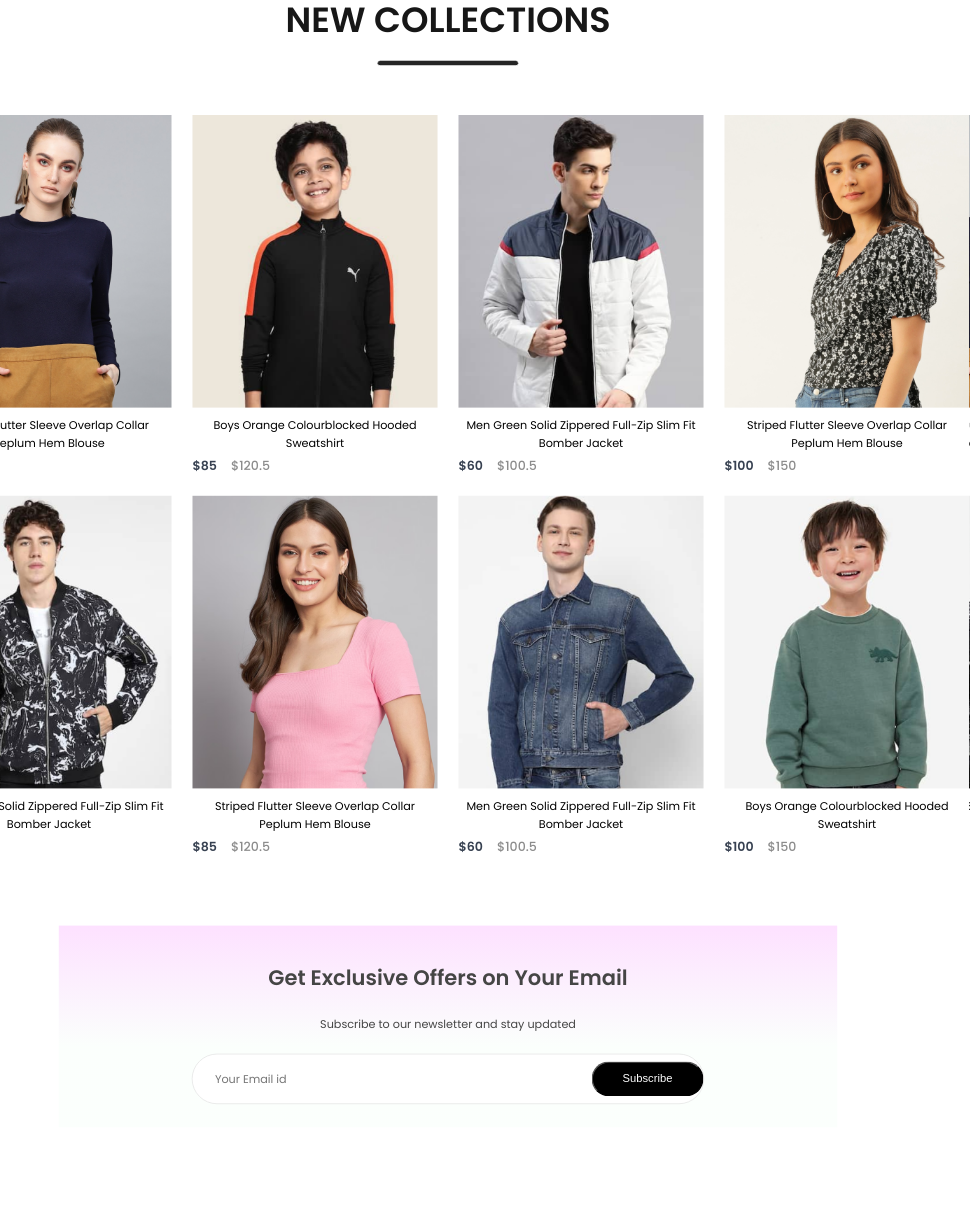
Repository: saritha55/EcommerceReactJs
Page: /
The author's editor kept a copy of each file at every save. The page is drawn from the files as they stood at one save, then again after the next save.
The browser window is 1280 px wide. The page is 1385 px wide, so the pictures cover 1385 px, including what lies to the right of the window. The pictures show the part of the page from y = 2056 to 3816 px (the page is 3816 px tall), at 70% of full size.
The project was rebuilt for these pictures with package versions that can differ from the ones it lists, and the page was loaded fresh each time. Also part of the build but not shown: src/Pages/ShopCategory.jsx, src/Pages/Product.jsx, src/Pages/Cart.jsx, src/Pages/LoginSignup.jsx.

Above is the page before, as saved 2024-12-02 17:35:17.

### public/index.html
<!DOCTYPE html>
<html lang="en">
  <head>
    <meta charset="utf-8" />
    <link rel="icon" href="%PUBLIC_URL%/favicon.ico" />
    <meta name="viewport" content="width=device-width, initial-scale=1" />
    <meta name="theme-color" content="#000000" />
    <meta
      name="description"
      content="Web site created using create-react-app"
    />
    <link rel="apple-touch-icon" href="%PUBLIC_URL%/logo192.png" />
    <!--
      manifest.json provides metadata used when your web app is installed on a
      user's mobile device or desktop. See https://developers.google.com/web/fundamentals/web-app-manifest/
    -->
    <link rel="manifest" href="%PUBLIC_URL%/manifest.json" />

    <link rel="preconnect" href="https://fonts.googleapis.com">
    <link rel="preconnect" href="https://fonts.gstatic.com" crossorigin>
    <link href="https://fonts.googleapis.com/css2?family=Poppins:ital,wght@0,100;0,200;0,300;0,400;0,500;0,600;0,700;0,800;0,900;1,100;1,200;1,300;1,400;1,500;1,600;1,700;1,800;1,900&display=swap" rel="stylesheet">
    <!--
      Notice the use of %PUBLIC_URL% in the tags above.
      It will be replaced with the URL of the `public` folder during the build.
      Only files inside the `public` folder can be referenced from the HTML.

      Unlike "/favicon.ico" or "favicon.ico", "%PUBLIC_URL%/favicon.ico" will
      work correctly both with client-side routing and a non-root public URL.
      Learn how to configure a non-root public URL by running `npm run build`.
    -->
    <title>E-commerce</title>
  </head>
  <body>
    <noscript>You need to enable JavaScript to run this app.</noscript>
    <div id="root"></div>
    <!--
      This HTML file is a template.
      If you open it directly in the browser, you will see an empty page.

      You can add webfonts, meta tags, or analytics to this file.
      The build step will place the bundled scripts into the <body> tag.

      To begin the development, run `npm start` or `yarn start`.
      To create a production bundle, use `npm run build` or `yarn build`.
    -->
  </body>
</html>

### src/App.js
import './App.css';
import Navbar from './Components/Navbar/Navbar';
import { BrowserRouter, Routes,Route } from 'react-router-dom';
import Shop from './Pages/Shop';
import ShopCategory
 from './Pages/ShopCategory';
import Product from './Pages/Product';
import Cart from './Pages/Cart';
import LoginSignup from './Pages/LoginSignup';

function App() {
  return (
    <div className="App">
      <BrowserRouter>
      <Navbar />
      <Routes>
        <Route path ='/' element={<Shop/>} />
        <Route path ='/mens' element={<ShopCategory category="men"/>} />
        <Route path ='/womens' element={<ShopCategory category="women"/>} />
        <Route path ='/kids' element={<ShopCategory category="kid"/>} />
        <Route path="product" element={<Product/>}>
            <Route path=':productId' element={<Product/>} />
        </Route>
        <Route path ='/cart' element={<Cart/>} />
        <Route path ='/login' element={<LoginSignup/>} />

      </Routes>
      </BrowserRouter>
    </div>
  );
}

export default App;

### src/Components/Navbar/Navbar.jsx
import React from 'react'
import { useState } from 'react'
import './Navbar.css'
import logo from '../Assets/logo.png'
import cart_icon from '../Assets/cart_icon.png'
import { Link } from 'react-router-dom'

const Navbar = () => {

    const [menu,setMenu] = useState("shop");

  return (
    <div className='navbar'>
      <div className="nav-logo">
        <img src={logo} alt="" />
        <p>SHOPPER</p>
      </div>
      <ul className="nav-menu">
        <li onClick={()=>{setMenu("shop")}} > <Link  style={{ textDecoration: 'none'}} to='/'>Shop</Link> {menu==="shop"?<hr/>:<></>} </li>
        <li onClick={()=>{setMenu("mens")}}><Link style={{ textDecoration: 'none'}} to='/mens'>Men </Link>{menu==="mens"?<hr/>:<></>}</li>
        <li onClick={()=>{setMenu("womens")}}><Link style={{ textDecoration: 'none'}} to='/womens'>Women </Link> {menu==="womens"?<hr/>:<></>}</li>
        <li onClick={()=>{setMenu("kids")}}> <Link style={{ textDecoration: 'none'}} to='/kids'>Kids</Link> {menu==="kids"?<hr/>:<></>}</li>
      </ul>
      <div className="nav-login-cart">
        <Link to='/login'><button>Login</button></Link>
        <Link to='/cart'><img src={cart_icon} alt="" /></Link>
        <div className="nav-cart-count">0</div>
      </div>
    </div>
  )
}

export default Navbar

### src/Components/Navbar/Navbar.css
.navbar{
    display: flex;
    justify-content: space-around;
    padding: 16px;
    box-shadow: 0 1px 3px -2px black;
}

.nav-logo{
    display: flex;
    align-items: center;
    gap: 10px;
}
.nav-logo p{
    color: #171717;
    font-size: 38px;
    font-weight: 600;
}
.nav-menu{
    display: flex;
    align-items: center;
    list-style: none;
    gap: 50px;
    color: #626262;
    font-size: 20px;
    font-weight: 500;
}
.nav-menu li{
    display: flex;
    flex-direction: column;
    align-items: center;
    gap: 3px;
    cursor: pointer;
}
.nav-menu hr{
    border: none;
    width: 80%;
    height: 3px;
    border-radius: 10px;
    background: #ff4141;
}
.nav-login-cart{
    display: flex;
    align-items: center;
    gap: 45px;
}
.nav-login-cart button{
    width: 157px;
    height: 58px;
    outline: none;
    border: 1px solid #7a7a7a;
    border-radius: 75px;
    color: #515151;
    font-size: 20px;
    font-weight: 500;
    background: white;
    cursor: pointer;

}
.nav-login-cart button:active{
    background: #f3f3f3;
}
.nav-cart-count{
    width: 22px;
    height: 22px;
    display: flex;
    justify-content: center;
    align-items: center;
    margin-top: -35px;
    margin-left: -55px;
    border-radius: 11px;
    font-size: 14px;
    background: red;
    color: white;
}

### src/Components/Hero/Hero.jsx
import React from 'react'
import './Hero.css'
import hand_icon from '../Assets/hand_icon.png'
import arrow_icon from '../Assets/arrow.png'
import hero_image from '../Assets/hero_image.png'

const Hero = () => {
  return (
    <div className='hero'>
      <div className="hero-left">
        <h2>New ARRIVALS ONLY</h2>
        <div>
            <div className="hero-hand-icon">
                <p>new</p>
                <img src={hand_icon} alt="" />
            </div>
            <p>Collections</p>
            <p>for everyone</p>
        </div>
        <div className="hero-latest-btn">
            <div>Latest Collection</div>
            <img src={arrow_icon} alt="" />
        </div>
      </div>
      <div className="hero-right">
        <img src={hero_image} alt="" />

      </div>
    </div>
  )
}

export default Hero

### src/Components/Popular/Popular.jsx
import React from 'react'
import './Popular.css'
import data_product from '../Assets/data'
import Item from '../Item/Item'


const Popular = () => {
  return (
    <div className='popular'>
      <h1>POPULAR IN WOMEN</h1>
      <hr />
      <div className="popular-item">
        {data_product.map((item,i)=>{
            return <Item key={i} id={item.id} name={item.name} image={item.image} new_price={item.new_price} old_price={item.old_price} />
        })}
      </div>
    </div>
  )
}

export default Popular

### src/Components/Offers/Offers.jsx
import React from 'react'
import './Offers.css'
import exclusive_image from '../Assets/exclusive_image.png'

const Offers = () => {
  return (
    <div className='offers'>
      <div className="offers-left">
        <h1>Exclusive</h1>
        <h1>Offers For You</h1>
        <p>ONLY ON BEST SELLERS PRODUCTS</p>
        <button>Check Now</button>
      </div>
      <div className="offers-right">
            <img src={exclusive_image} alt="" />
      </div>
    </div>
  )
}

export default Offers

### src/Components/NewCollections/NewCollections.jsx
import React from 'react'
import './NewCollections.css'
import new_collection from '../Assets/new_collections'
import Item from '../Item/Item'

const NewCollections = () => {
  return (
    <div className='newcollections'>
      <h1>NEW COLLECTIONS</h1>
      <hr />
      <div className="collections">
      {new_collection.map((item,i)=>{
            return <Item key={i} id={item.id} name={item.name} image={item.image} new_price={item.new_price} old_price={item.old_price} />
        })}
      </div>
    </div>
  )
}

export default NewCollections

### src/Components/NewsLetter/NewsLetter.jsx
import React from 'react'
import './NewsLetter.css'

const NewsLetter = () => {
  return (
    <div className='newsletter'>
      <h1>Get Exclusive Offers on Your Email</h1>
      <p>Subscribe to our newsletter and stay updated</p>
      <div>
        <input type="email" placeholder='Your Email id' />
        <button>Subscribe</button>

      </div>
    </div>
  )
}

export default NewsLetter

### src/Components/Hero/Hero.css
.hero{
    height: 100vh;
    background: linear-gradient(180deg, #fde1ff, #e1ffea22 60%);
    display: flex;

}
.hero-left{
    flex: 1;
    display: flex;
    flex-direction: column;
    justify-content: center;
    gap: 20px;
    padding-left: 180px;
    line-height: 1.1;

}
.hero-left h2{
    color: #090909;
    font-size: 26px;
    font-weight: 600;
}
.hero-left p{
    color: #171717;
    font-size: 45px;
    font-weight: 700;
}
.hero-hand-icon{
   display: flex;
   align-items: center;
   gap: 20px;
}
.hero-hand-icon img{
    width: 105px;
}
.hero-latest-btn{
    display: flex;
    justify-content: center;
    align-items: center;
    gap: 15px;
    width: 310px;
    height: 70px;
    border-radius: 75px;
    margin-top: 30px;
    background: #ff4141;
    color: white;
    font-size: 22px;
    font-weight: 500;

}
.hero-right{
    flex: 1;
    display: flex;
    align-items: center;
    justify-content: center;
}
.hero-right img{
    width: 80%;

}

### src/Components/Popular/Popular.css
.popular{
    display: flex;
    flex-direction: column;
    align-items: center;
    gap: 10px;
    height: 90vh;
}

.popular h1{
    color: #171717;
    font-size: 50px;
    font-weight: 600;
}
.popular hr{
    width: 200px;
    height: 6px;
    border-radius: 10px;
    background: #252525;
}

.popular-item{
    margin-top: 50px;
    display: flex;
    gap: 30px;
}

### src/Components/Assets/data.js
import p1_img from './product_1.png'
import p2_img from './product_2.png'
import p3_img from './product_3.png'
import p4_img from './product_4.png'

let data_product = [
  {
    id:1,
    name:"Striped Flutter Sleeve Overlap Collar Peplum Hem Blouse",
    image:p1_img,
    new_price:50.00,
    old_price:80.50,
  },
  {id:2,
    name:"Striped Flutter Sleeve Overlap Collar Peplum Hem Blouse",
    image:p2_img,
    new_price:85.00,
    old_price:120.50,
  },
  {id:3,
    name:"Striped Flutter Sleeve Overlap Collar Peplum Hem Blouse",
    image:p3_img,
    new_price:60.00,
    old_price:100.50,
  },
  {id:4,
    name:"Striped Flutter Sleeve Overlap Collar Peplum Hem Blouse",
    image:p4_img,
    new_price:100.00,
    old_price:150.00,
  },
];

export default data_product;

### src/Components/Item/Item.jsx
import React from 'react'
import './Item.css'

const Item = (props) => {
  return (
    <div className='item'>
        <img src={props.image} alt="" />
        <p>{props.name}</p>
        <div className="item-prices">
            <div className="item-price-new">
                ${props.new_price}
            </div>
            <div className="item-price-old">
                ${props.old_price}
            </div>

        </div>

    </div>
  )
}

export default Item

### src/Components/Offers/Offers.css
.offers{
    width: 65%;
    height: 60vh;
    display: flex;
    margin: auto;
    padding: 0px 140px;
    margin-bottom: 150px;
    background: linear-gradient(180deg, #fde1ff 0%,#e1ffea22 60%);

}
.offers-left{
    flex: 1;
    display: flex;
    flex-direction: column;
    justify-content: center;
}
.offers-left h1{
    color: #171717;
    font-size: 80px;
    font-weight: 600;
}
.offers-left p{
    color: #171717;
    font-size: 22px;
    font-weight: 600;
}
.offers-left button{
    width: 282px;
    height: 70px;
    border-radius: 35px;
    background: #ff4141;
    border: none;
    color: white;
    font-size: 22px;
    font-weight: 500;
    margin-top: 30px;
    cursor: pointer;

}
.offers-right{
    flex: 1;
    display: flex;
    align-items: center;
    justify-content: flex-end;
    padding-top: 50px;
}

### src/Components/NewCollections/NewCollections.css
.newcollections{
    display: flex;
    flex-direction: column;
    align-items: center;
    gap: 20px;
    margin-bottom: 100px;
}

.newcollections h1{
    color: #171717;
    font-size: 50px;
    font-weight: 600;
}
.newcollections hr{
    width: 200px;
    height: 6px;
    border-radius: 10px;
    background: #252525;
}

.collections{
    display: grid;
    grid-template-columns: 1fr 1fr 1fr 1fr;
    margin-top: 50px;
    gap: 30px;
}

### src/Components/Assets/new_collections.js
import p1_img from "./product_12.png";
import p2_img from "./product_35.png";
import p3_img from "./product_14.png";
import p4_img from "./product_8.png";
import p5_img from "./product_15.png";
import p6_img from "./product_2.png";
import p7_img from "./product_17.png";
import p8_img from "./product_28.png";

let new_collections = [
  {
    id: 12,
    name: "Striped Flutter Sleeve Overlap Collar Peplum Hem Blouse",
    image: p1_img,
    new_price: 50.0,
    old_price: 80.5,
  },
  {
    id: 35,
    name: "Boys Orange Colourblocked Hooded Sweatshirt",
    image: p2_img,
    new_price: 85.0,
    old_price: 120.5,
  },
  {
    id: 14,
    name: "Men Green Solid Zippered Full-Zip Slim Fit Bomber Jacket",
    image: p3_img,
    new_price: 60.0,
    old_price: 100.5,
  },
  {
    id: 8,
    name: "Striped Flutter Sleeve Overlap Collar Peplum Hem Blouse",
    image: p4_img,
    new_price: 100.0,
    old_price: 150.0,
  },
  {
    id: 15,
    name: "Men Green Solid Zippered Full-Zip Slim Fit Bomber Jacket",
    image: p5_img,
    new_price: 50.0,
    old_price: 80.5,
  },
  {
    id: 2,
    name: "Striped Flutter Sleeve Overlap Collar Peplum Hem Blouse",
    image: p6_img,
    new_price: 85.0,
    old_price: 120.5,
  },
  {
    id: 17,
    name: "Men Green Solid Zippered Full-Zip Slim Fit Bomber Jacket",
    image: p7_img,
    new_price: 60.0,
    old_price: 100.5,
  },
  {
    id: 28,
    name: "Boys Orange Colourblocked Hooded Sweatshirt",
    image: p8_img,
    new_price: 100.0,
    old_price: 150.0,
  },
];

export default new_collections;

### src/Components/NewsLetter/NewsLetter.css
.newsletter{
    width: 65%;
    height: 40vh;
    display: flex;
    flex-direction: column;
    align-items: center;
    justify-content: center;
    margin: auto;
    padding: 0px 140px;
    margin-bottom: 150px;
    background: linear-gradient(180deg, #fde1ff 0%,
    #e1ffea22 60%);
    gap: 30px;

}

.newsletter h1{
    color: #454545;
    font-size: 30px;
    font-weight: 600;
    margin-top: 20px;

}

.newsletter p{
    color: #454545;
    font-size: 16px;
}

.newsletter div{
    display: flex;
    align-items: center;
    justify-content: space-between;
    background: white;
    width: 730px;
    height: 70px;
    border-radius: 80px;
    border: 1px solid #e3e3e3;

}
.newsletter input{
    width: 500px;
    margin-left: 30px;
    border: none;
    outline: none;
    color: #616161;
    font-family: 'poppins';
    font-size: 16px;
}

.newsletter div button{
    width: 160px;
    height: 50px;
    border-radius: 80px;
    background: black;
    color: white;
    font-size: 16px;
    cursor: pointer;
}

### src/Components/Item/Item.css
.item{
    width: 350px;
}

.item p{
    margin: 6px 0px;

}

.item-prices{
    display: flex;
    gap: 20px;
}
.item-price-new{
    color: #374151;
    font-size: 18px;
    font-weight: 600;
}
.item-price-old{
    color: #8c8c8c;
    font-size: 18px;
    font-weight: 500;
}

Loaded but not shown: src/index.js (common file); src/index.css (common file); src/reportWebVitals.js (common file); src/App.css (common file); src/Pages/Shop.jsx (common file)

After the next save:
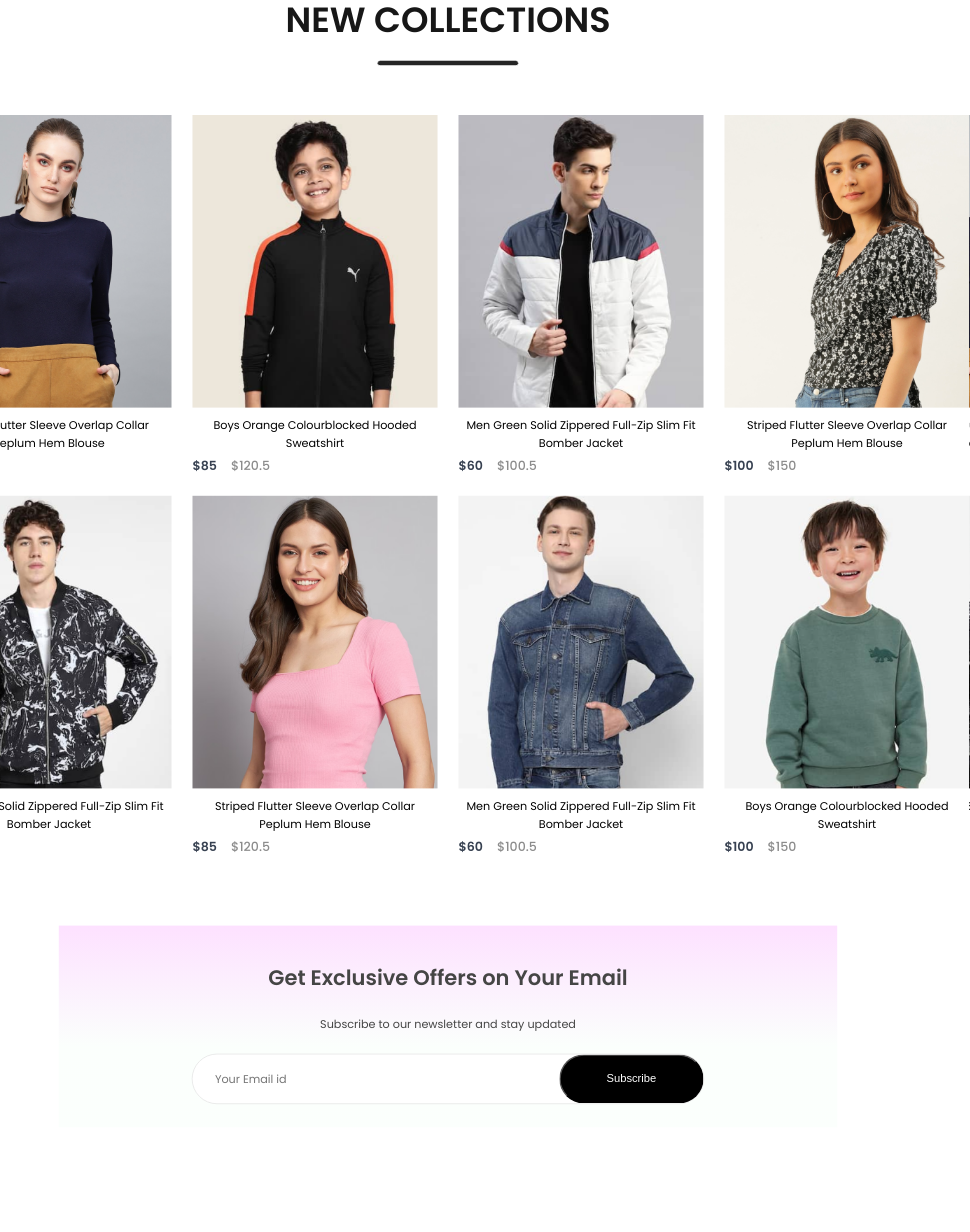
Saved 8 h 37 min later.
--- a/src/Components/NewsLetter/NewsLetter.css
+++ b/src/Components/NewsLetter/NewsLetter.css
@@ -49,8 +49,8 @@
 }
 
 .newsletter div button{
-    width: 160px;
-    height: 50px;
+    width: 210px;
+    height: 70px;
     border-radius: 80px;
     background: black;
     color: white;
